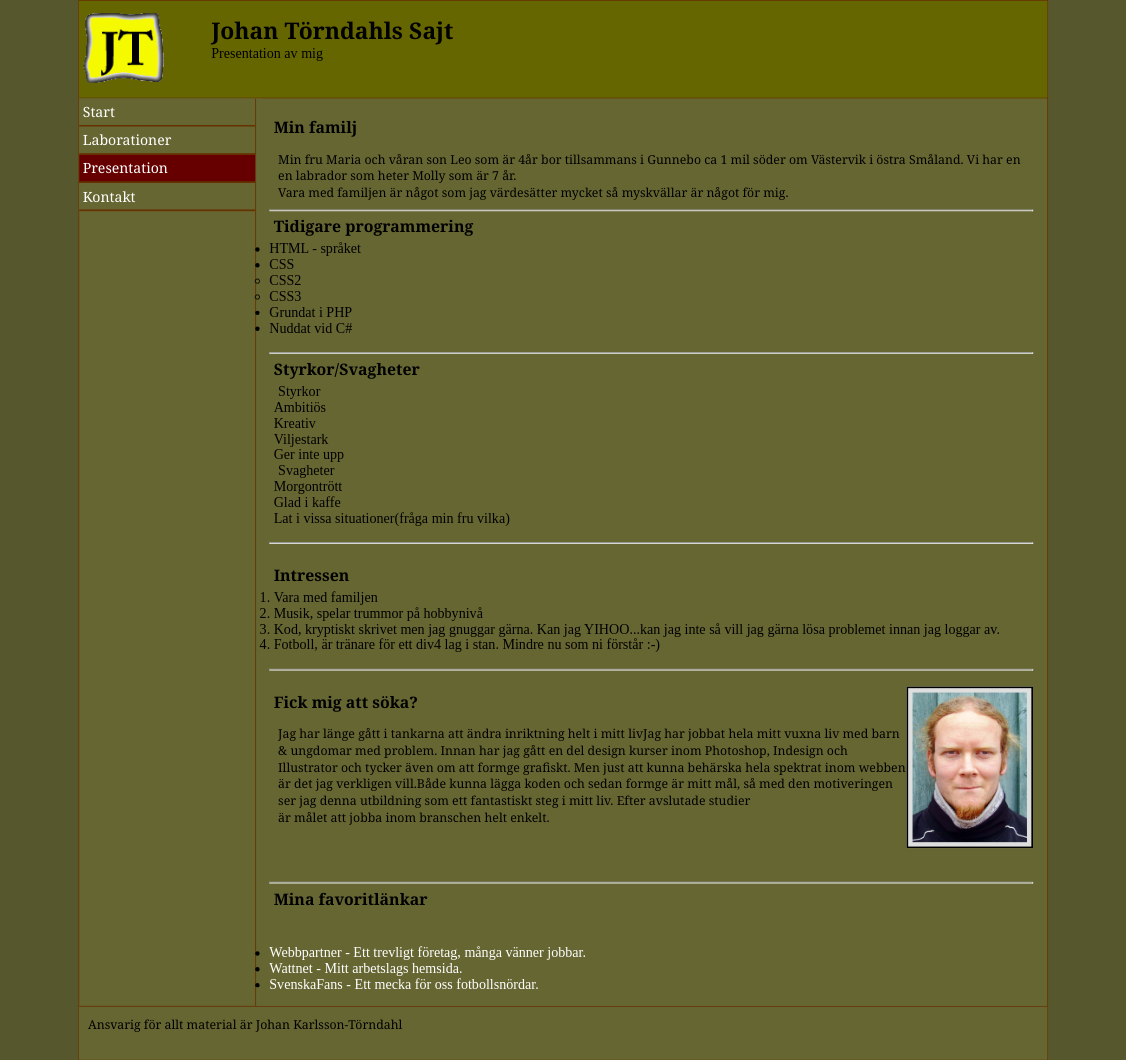
Repository: jt222ia/1ik415-jt222ia-laborationer
Page: pages/presentation.html
The author's editor kept a record of every edit. The page is drawn from the files as they stood at one moment, then again after the next edit.
The browser window is 1280 px wide. The pictures show the whole page, at 88% of full size.

Above is the page before.

After the next edit:
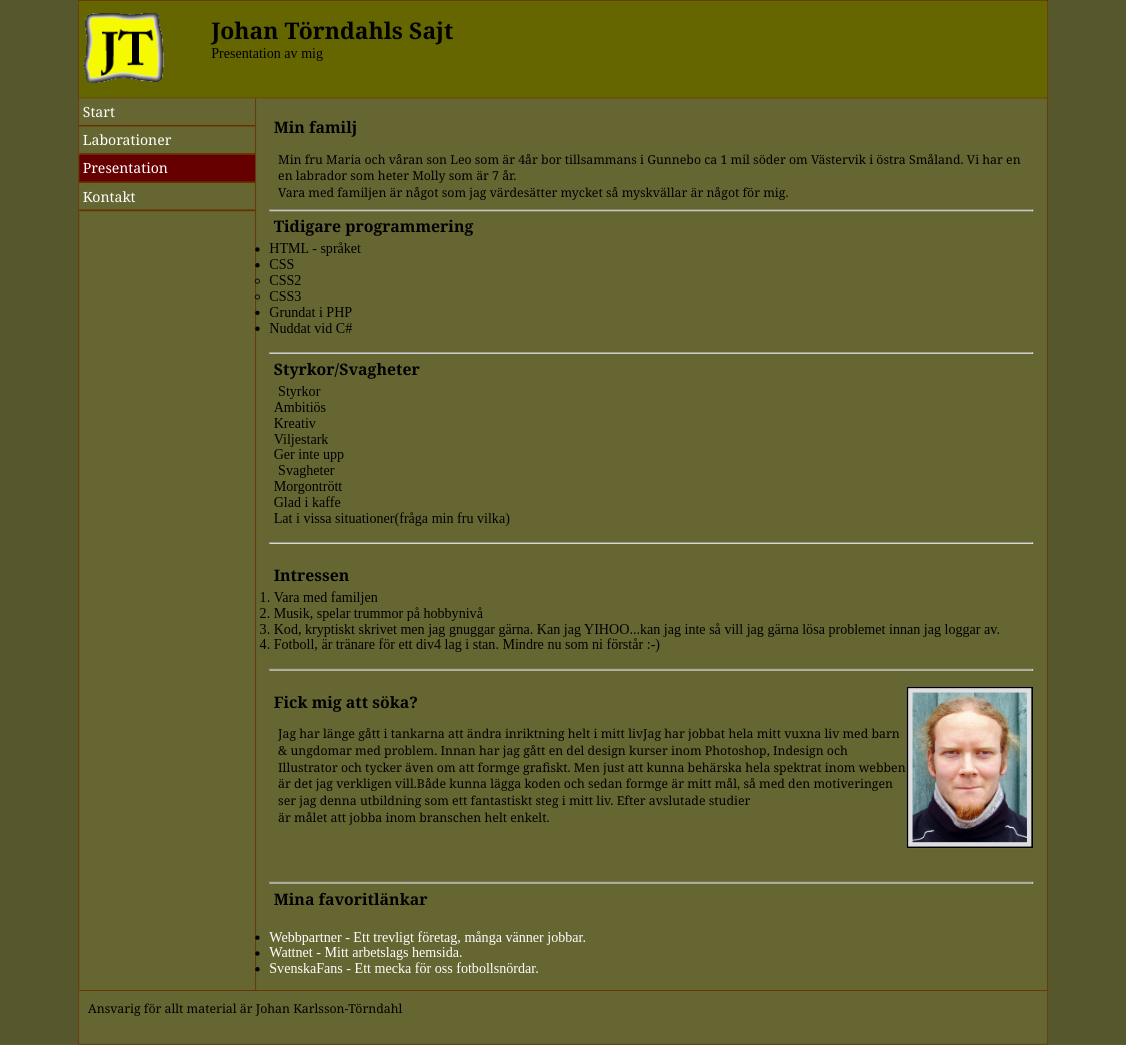
The edit:
--- a/pages/presentation.html
+++ b/pages/presentation.html
@@ -90,7 +90,7 @@
      <!-- Nu avslutar jag presentationen av mig. Hoppas det var trevlig läsning -->
                      <br><br><br>
                       <hr />
-            <h3>Mina favoritlänkar</h3><br><br>
+            <h3>Mina favoritlänkar</h3><br>
                      <ul>
                          <li><a href="http://www.webbpartner.se" target="_blank">Webbpartner - Ett trevligt företag, många vänner jobbar.</a></li>
                          <li><a href="http://www.wattnet.se" target="_blank">Wattnet - Mitt arbetslags hemsida.</a></li>
